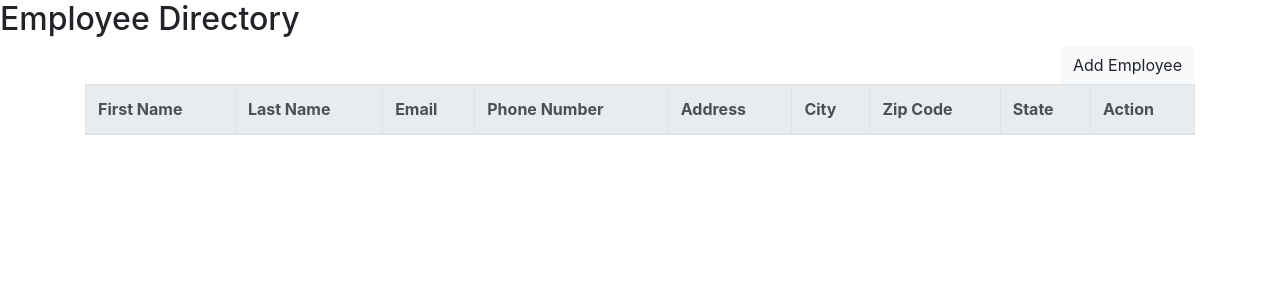
Repository: TChristian315/directory_app
Page: http://localhost/directoryapp/directory.jsp
The author's editor kept a copy of each file at every save. The page is drawn from the files as they stood at one save, then again after the next save.
The browser window is 1280 px wide. The pictures show the whole page.
Some web libraries are served in a nearby version. The page is served by Tomcat 9. Other server files are loaded and not shown. The template is opened directly, without the code that normally fills it, so the values that code supplies are empty.

Above is the page before, as saved 2018-05-23 18:13:30.

### Workspaces/directoryapp/WebContent/directory.jsp
<%@ page language="java" contentType="text/html; charset=ISO-8859-1"
    pageEncoding="ISO-8859-1"%>
<%@ taglib uri="http://java.sun.com/jsp/jstl/core" prefix="c" %>

<!DOCTYPE html PUBLIC "-//W3C//DTD HTML 4.01 Transitional//EN" "http://www.w3.org/TR/html4/loose.dtd">
<html>
<head>
<meta http-equiv="Content-Type" content="text/html; charset=ISO-8859-1">
<link rel="stylesheet" href="https://maxcdn.bootstrapcdn.com/bootstrap/4.0.0/css/bootstrap.min.css" integrity="sha384-Gn5384xqQ1aoWXA+058RXPxPg6fy4IWvTNh0E263XmFcJlSAwiGgFAW/dAiS6JXm" crossorigin="anonymous">

<title>Employee Directory</title>
</head>
<body>

	<div class="wrapper">
		<div class="header">
			<h2> Employee Directory</h2>
		</div>

		<div class="container">

			<div class="content">

				<input type="button" value="Add Employee"
					onclick="window.location.href= 'add-employee-form.jsp'; return false;"
					class="btn btn-light" style="float: right;" />

				<table class ="table table-bordered table-hover">
					<thead class="thead-light">
						<tr>
							<th scope="col">First Name</th>
							<th scope="col">Last Name</th>
							<th scope="col">Email</th>
							<th scope="col">Phone Number</th>
							<th scope="col">Address</th>
							<th scope="col">City</th>
							<th scope="col">Zip Code</th>
							<th scope="col">State</th>
							<th scope="col">Action</th>
						</tr>
					</thead>
					<c:forEach var="tempEmployee" items="${employee_list}">

						<c:url var="updateLink" value="EmployeeControllerServlet">
							<c:param name="command" value="LOAD" />
							<c:param name="employeeId" value="${tempEmployee.id}" />
						</c:url>
						<c:url var="deleteLink" value="EmployeeControllerServlet">
							<c:param name="command" value="DELETE" />
							<c:param name="employeeId" value="${tempEmployee.id}" />
						</c:url>
					<tbody>
						<tr>
							<td>${tempEmployee.firstName}</td>
							<td>${tempEmployee.lastName}</td>
							<td>${tempEmployee.email}</td>
							<td>${tempEmployee.phoneNumber}</td>
							<td>${tempEmployee.address}</td>
							<td>${tempEmployee.city}</td>
							<td>${tempEmployee.state}</td>
							<td>${tempEmployee.zipCode}</td>
							<td><a href="${updateLink}">Update</a>
							<a href="${deleteLink}" onclick="if(!(confirm('Are you sure you want to delete this employee?'))) return false">Delete</a></td>
						</tr>
					</c:forEach>
					</tbody>

				</table>
			</div>
		</div>
	</div>


	<script src="https://code.jquery.com/jquery-3.2.1.slim.min.js" integrity="sha384-KJ3o2DKtIkvYIK3UENzmM7KCkRr/rE9/Qpg6aAZGJwFDMVNA/GpGFF93hXpG5KkN" crossorigin="anonymous"></script>
	<script src="https://cdnjs.cloudflare.com/ajax/libs/popper.js/1.12.9/umd/popper.min.js" integrity="sha384-ApNbgh9B+Y1QKtv3Rn7W3mgPxhU9K/ScQsAP7hUibX39j7fakFPskvXusvfa0b4Q" crossorigin="anonymous"></script>
	<script src="https://maxcdn.bootstrapcdn.com/bootstrap/4.0.0/js/bootstrap.min.js" integrity="sha384-JZR6Spejh4U02d8jOt6vLEHfe/JQGiRRSQQxSfFWpi1MquVdAyjUar5+76PVCmYl" crossorigin="anonymous"></script>


</body>
</html>

After the next save:
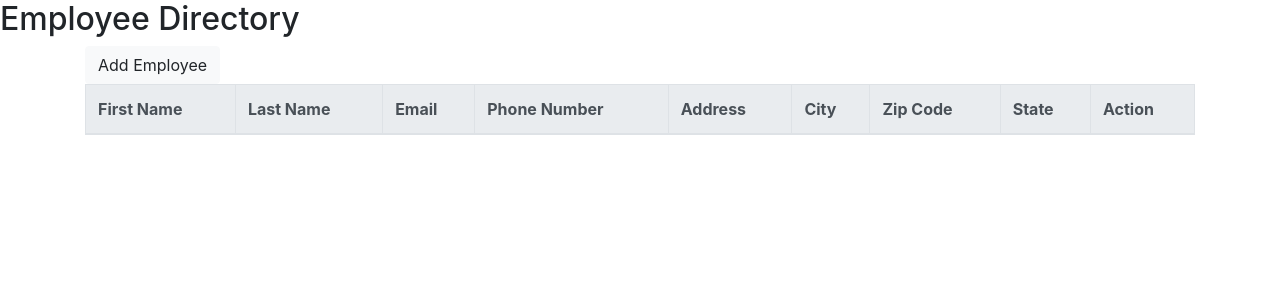
Saved 77 s later.
--- a/Workspaces/directoryapp/WebContent/directory.jsp
+++ b/Workspaces/directoryapp/WebContent/directory.jsp
@@ -23,7 +23,7 @@
 
 				<input type="button" value="Add Employee"
 					onclick="window.location.href= 'add-employee-form.jsp'; return false;"
-					class="btn btn-light" style="float: right;" />
+					class="btn btn-light" style="" />
 
 				<table class ="table table-bordered table-hover">
 					<thead class="thead-light">
